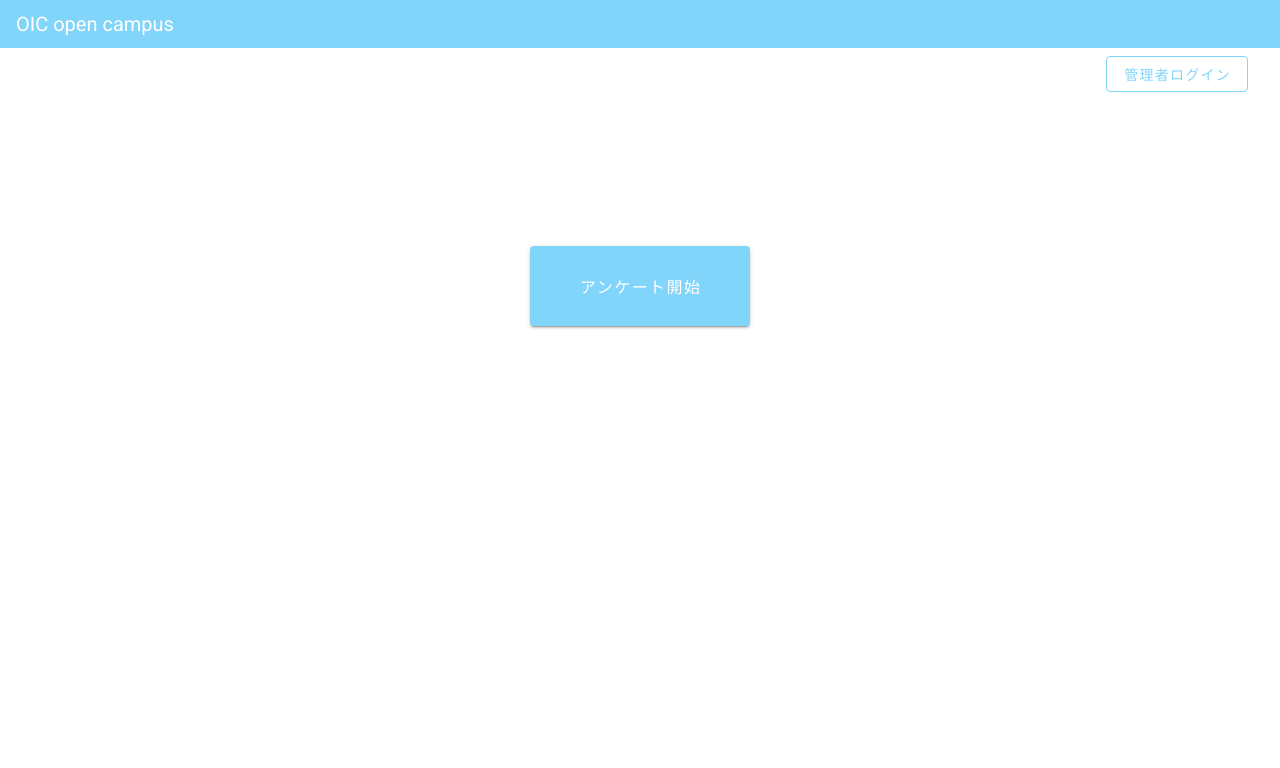
Repository: taniwhy/open-campus-system
Page: / (app in client_view/)
An editor plug-in stored every save of this project. The page is shown before and after the next save, followed by the edit.
The browser window is 1280 px wide. The pictures show the whole page.
The project was rebuilt for these pictures with package versions that can differ from the ones it lists, and the page was loaded fresh each time. Also part of the build but not shown: client_view/vue.config.js, client_view/src/components/Login.vue, client_view/src/components/Branch.vue, client_view/src/components/Register.vue.

Above is the page before, as saved 2019-11-28 10:48:31.

After the next save:
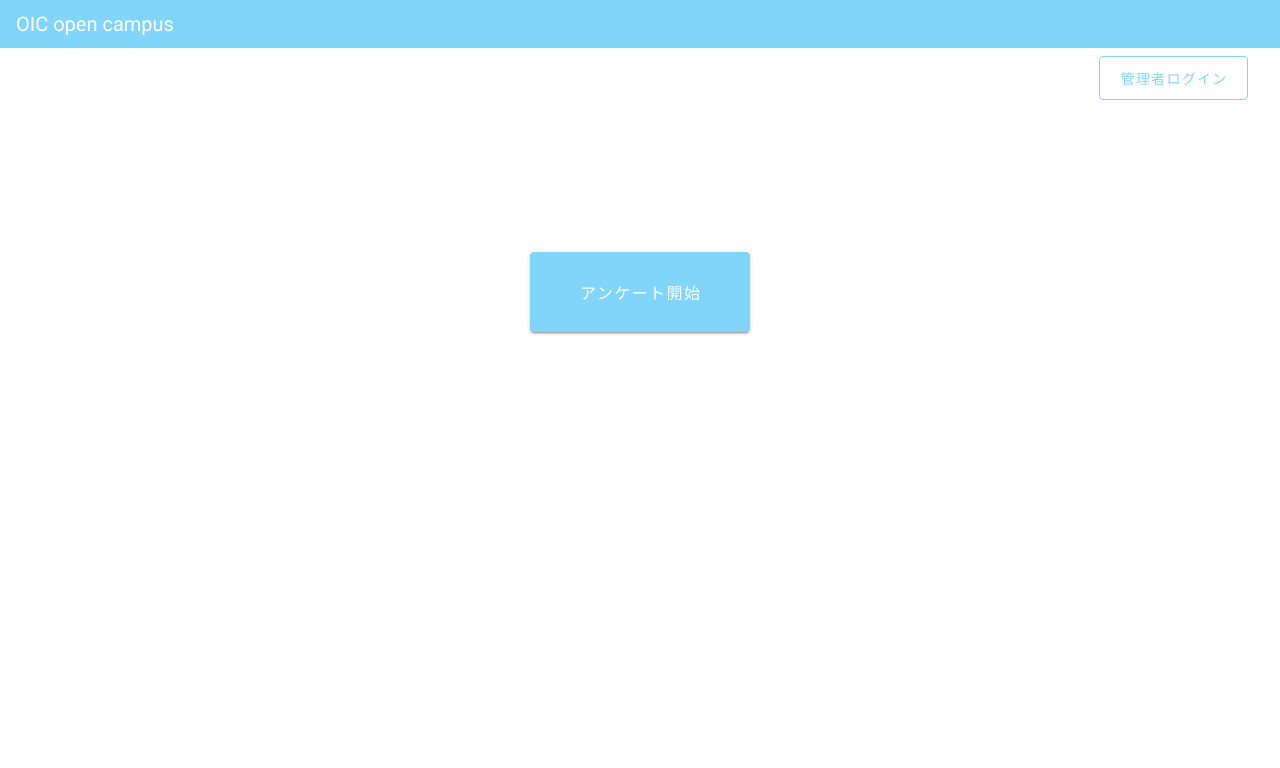
Saved 96 s later.
--- a/client_view/src/components/Home.vue
+++ b/client_view/src/components/Home.vue
@@ -4,7 +4,7 @@
       <v-row>
         <v-col>
           <v-row align="center" justify="end" style="width: 100%;">
-            <v-btn flat to="/login" class="ma-2" outlined color="light-blue lighten-3">管理者ログイン</v-btn>
+            <v-btn large flat to="/login" class="ma-2" outlined color="light-blue lighten-3">管理者ログイン</v-btn>
           </v-row>
         </v-col>
       </v-row>
